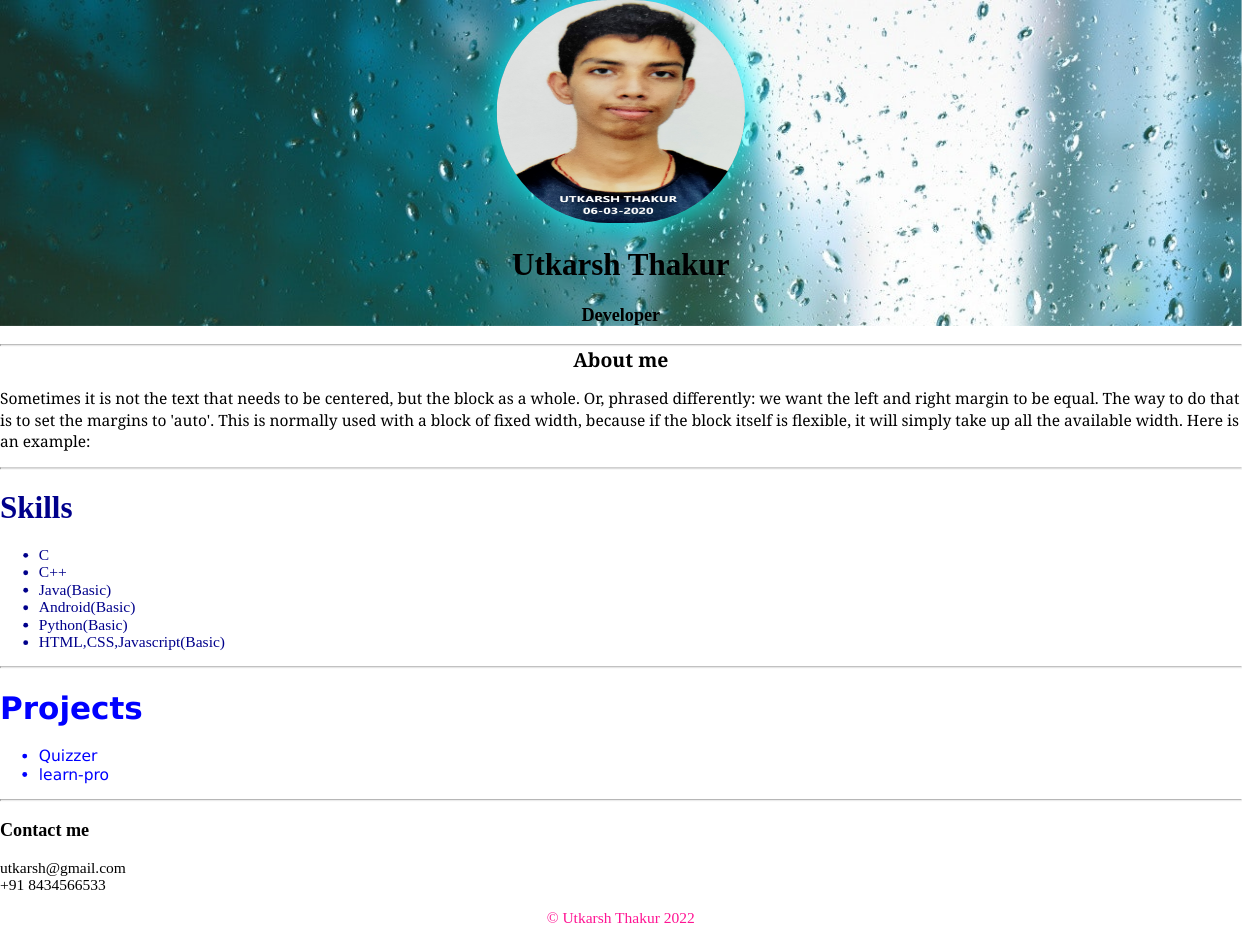
Repository: UtkarshThakur321/Utkarsh-Thakur-Profile
Page: index.html
These files come from the project's save history. The page is drawn as it stood at one moment and after the next save; the edit follows.
The browser window is 1280 px wide. The pictures show the whole page, at 97% of full size.

Above is the page before, as saved 2022-01-18 22:47:43.
Not found: main.js

### index.html
<!DOCTYPE html>
<html>
<head>
    <meta charset='utf-8'>
    <meta http-equiv='X-UA-Compatible' content='IE=edge'>
    <title>Page Title</title>
    <meta name='viewport' content='width=device-width, initial-scale=1'>
    <link rel='stylesheet' type='text/css' media='screen' href="index.css">
    <script src='main.js'></script>
</head>
<body>
    <div id="main">
    <!-- <div id="nav">
        <h1>My Resume</h1>
    </div> -->
    <center>
        <div id="intro">
            <div id="profileImage">
                 <img src="main3.jpg" alt="DP_Utkarsh__Thakur"
                 width="180" height="170">
            </div>
            <div id="profileName">
                <h1>Utkarsh Thakur</h1>
                <h3>Developer</h3>
            </div>

            <div>


             </div>
        </div>
    </center>

    <hr>

  <div id="aboutMe">
    <div id="aboutMeHeading">
        About me
    </div>
    <div id="aboutMeContent">
        <p>
            Sometimes it is not the text that needs to be centered, but the block as a whole. Or, phrased differently: we want the left and right margin to be equal. The way to do that is to set the margins to 'auto'. This is normally used with a block of fixed width, because if the block itself is flexible, it will simply take up all the available width. Here is an example:
        </p>
    </div>
  </div>
<hr>

    <div id="skills">
        <h1>Skills</h1>
        <ul>
            <li>C</li>
            <li>C++</li>
            <li>Java(Basic)</li>
            <li>Android(Basic)</li>
            <li>Python(Basic)</li>
            <li>HTML,CSS,Javascript(Basic)</li>
        </ul>
    </div>

    <hr>
    <div id="projects">
        <h1>Projects</h1>
        <ul>
            <li>Quizzer</li>
            <li>learn-pro</li>
        </ul>
    </div>
    <hr>

    <div id="footer">
        <h3>Contact me</h3>
        <p>
            utkarsh@gmail.com<br>
            +91 8434566533

        </p>
            <div id="copyright">
         &copy; Utkarsh Thakur 2022
            </div>
        </div>
    </div>



</body>
</html>

### index.css
body{
    width:100%;
    margin:0px;


}


#intro{
    background-image:url("./bg.jpg");
}
#profileImage>img{
    height:230px;
    width:20%;
    border-radius: 120px;
    box-shadow: 0px 0px 40px aqua;
}

.intro{
    color:brown;

}

#aboutMeHeading{
    text-align:center;
    font-family: Georgia, 'Times New Roman', Times, serif;
    font-size:20px;
    font-weight: bold;
}
#aboutMeContent{

    font-family: Georgia, 'Times New Roman', Times, serif;
    font-size:16px;

}





hr{
    margin:0px;
}

#nav{
    height:50px;
    display:content;
    text-align: center;
    font-weight: 900;
    color:black;}
    /* text-align: center;
    font-family: Verdana, Geneva, Tahoma, sans-serif;
} */

#skills{
    color:darkblue;
    font-weight: 400;

}

#projects{
    font-family: Verdana, Geneva, Tahoma, sans-serif;
    color:blue;
}


/* #footer{
    text-align: center;
} */
#copyright{
    text-align: center;
    color:deeppink
}

After the next save:
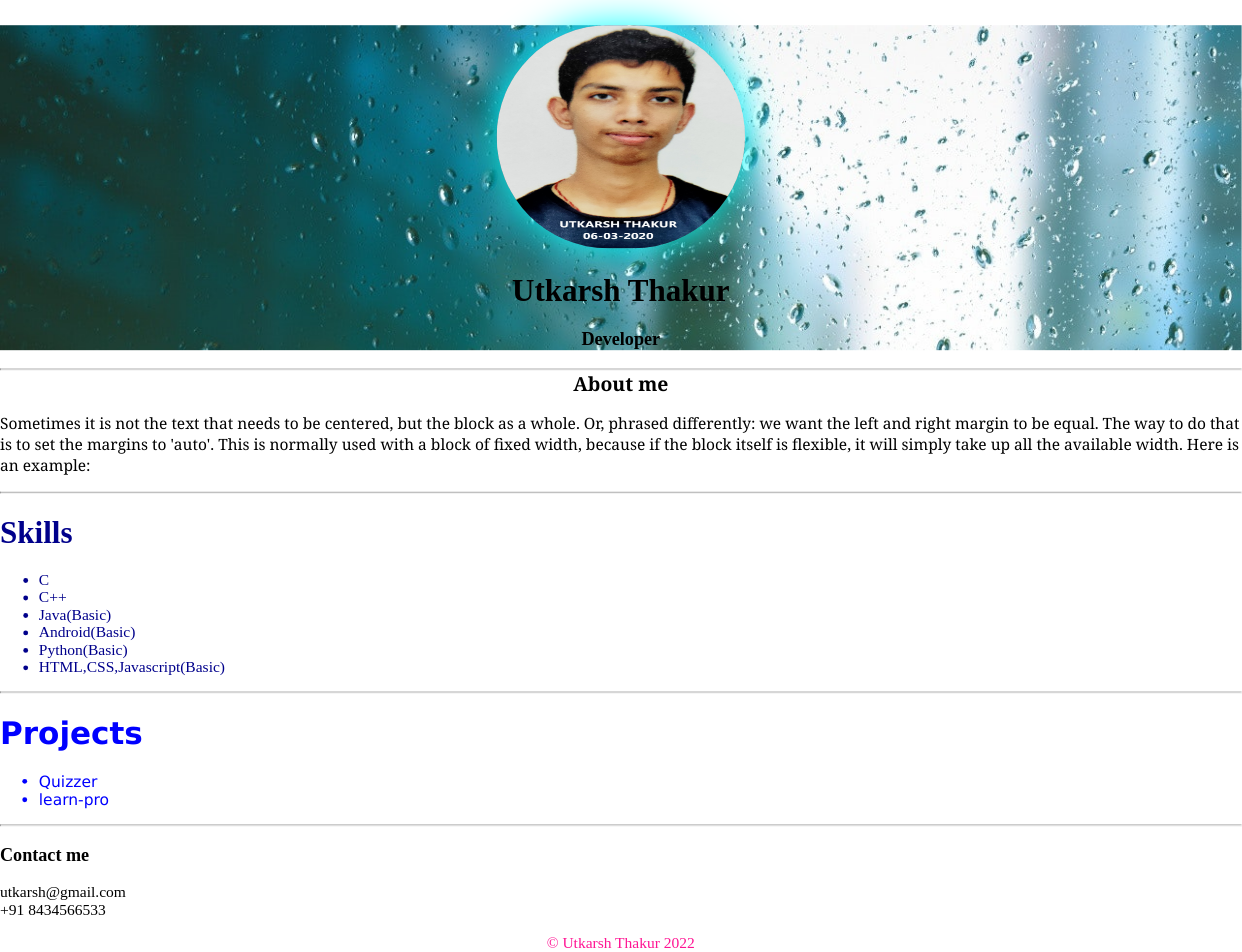
Saved 65 s later.
--- a/index.css
+++ b/index.css
@@ -8,6 +8,9 @@ body{
 
 #intro{
     background-image:url("./bg.jpg");
+}
+#profileImage{
+    margin-top: 2%;
 }
 #profileImage>img{
     height:230px;
